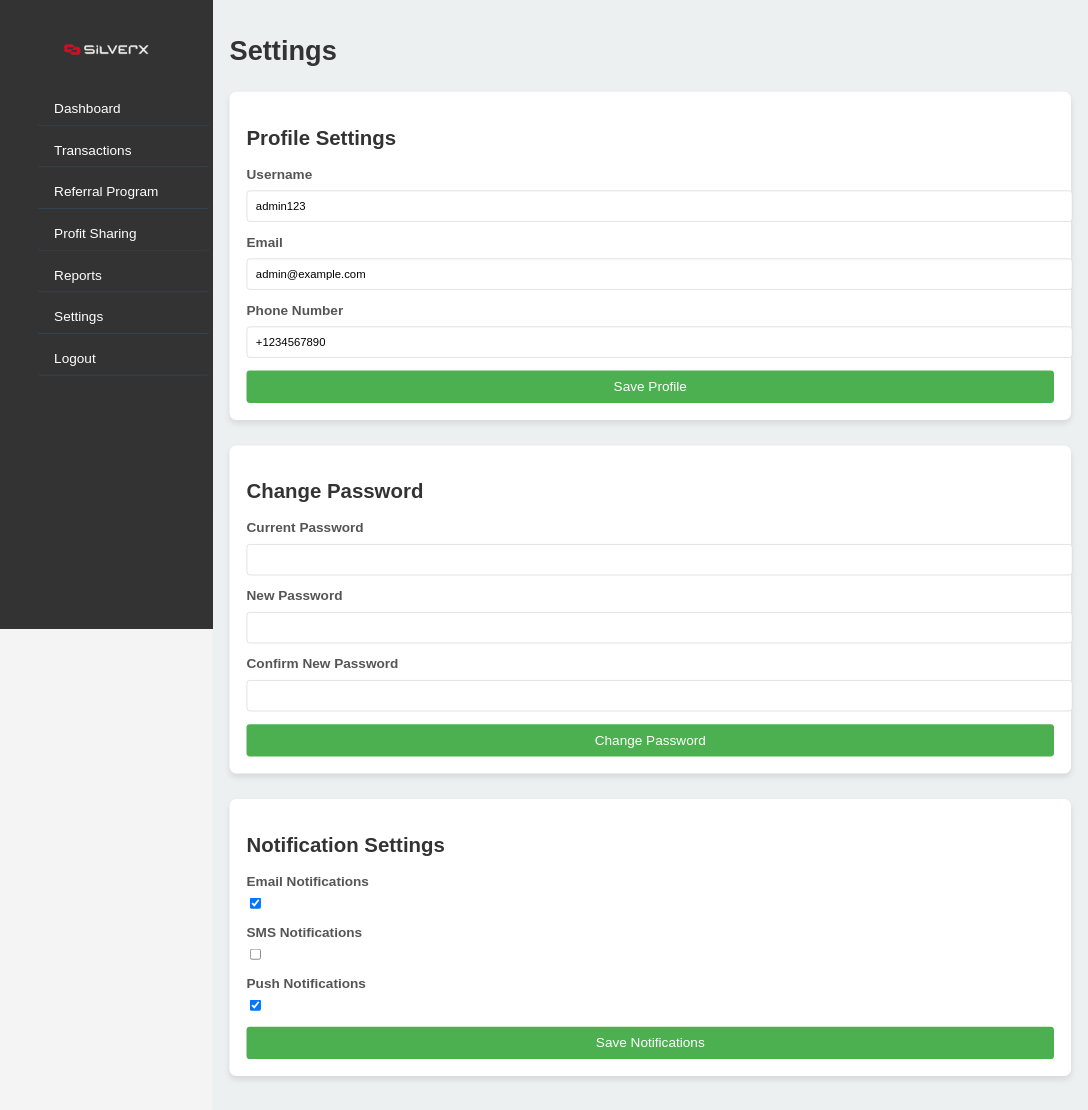
Repository: 2025silverx/slivedrX
Page: setting.html
These files come from the project's save history. The page is drawn as it stood at one moment and after the next save; the edit follows.
The browser window is 1280 px wide. The pictures show the whole page, at 85% of full size.

Above is the page before, as saved 2025-01-19 14:16:25.

### setting.html
<!DOCTYPE html>
<html lang="en">
<head>
    <meta charset="UTF-8">
    <meta name="viewport" content="width=device-width, initial-scale=1.0">
    <title>Admin Panel - Settings</title>
    <link rel="stylesheet" href="settings.css">
</head>
<body>
    <!-- Sidebar -->
    <div id="sidebar-container">
        <div class="sidebar">
            <img src="images/logo.png" alt="Sidebar Logo" class="sidebar-logo">
            <ul class="sidebar-links">
                <li><a href="index.html" class="sidebar-link" data-target="dashboard">Dashboard</a></li>
                <li><a href="index2.html" class="sidebar-link" data-target="transactions">Transactions</a></li>
                <li><a href="indesx3.html" class="sidebar-link" data-target="reports">Referral Program</a></li>
                <li><a href="index4.html" class="sidebar-link" data-target="users">Profit Sharing</a></li>
                <li><a href="index5.html" class="sidebar-link" data-target="reports">Reports</a></li>
                <li><a href="setting.html" class="sidebar-link" data-target="settings">Settings</a></li>
                <li><a href="index5.html" class="sidebar-link" data-target="logout">Logout</a></li>
            </ul>
        </div>
    </div>


    <!-- Main Content -->
    <div class="main-content">
        <h1>Settings</h1>

        <!-- Profile Settings Section -->
        <div class="settings-section">
            <h2>Profile Settings</h2>
            <form class="settings-form">
                <div class="form-group">
                    <label for="username">Username</label>
                    <input type="text" id="username" name="username" value="admin123" required>
                </div>
                <div class="form-group">
                    <label for="email">Email</label>
                    <input type="email" id="email" name="email" value="admin@example.com" required>
                </div>
                <div class="form-group">
                    <label for="phone">Phone Number</label>
                    <input type="text" id="phone" name="phone" value="+1234567890" required>
                </div>
                <button type="submit" class="btn">Save Profile</button>
            </form>
        </div>

        <!-- Change Password Section -->
        <div class="settings-section">
            <h2>Change Password</h2>
            <form class="settings-form">
                <div class="form-group">
                    <label for="current-password">Current Password</label>
                    <input type="password" id="current-password" name="current-password" required>
                </div>
                <div class="form-group">
                    <label for="new-password">New Password</label>
                    <input type="password" id="new-password" name="new-password" required>
                </div>
                <div class="form-group">
                    <label for="confirm-password">Confirm New Password</label>
                    <input type="password" id="confirm-password" name="confirm-password" required>
                </div>
                <button type="submit" class="btn">Change Password</button>
            </form>
        </div>

        <!-- Notification Settings Section -->
        <div class="settings-section">
            <h2>Notification Settings</h2>
            <form class="settings-form">
                <div class="form-group">
                    <label for="email-notifications">Email Notifications</label>
                    <input type="checkbox" id="email-notifications" name="email-notifications" checked>
                </div>
                <div class="form-group">
                    <label for="sms-notifications">SMS Notifications</label>
                    <input type="checkbox" id="sms-notifications" name="sms-notifications">
                </div>
                <div class="form-group">
                    <label for="push-notifications">Push Notifications</label>
                    <input type="checkbox" id="push-notifications" name="push-notifications" checked>
                </div>
                <button type="submit" class="btn">Save Notifications</button>
            </form>
        </div>
    </div>

    <script src="settings.js"></script>
</body>
</html>

### settings.css
body {
    font-family: Arial, sans-serif;
    margin: 0;
    padding: 0;
    display: flex;
}

#sidebar-container {
    width: 250px;
    background-color: #2c3e50;
    color: #ecf0f1;
    height: 100vh;
    position: fixed;
}

.sidebar {
    padding: 20px;
}

.sidebar-logo {
    max-width: 100%;
    margin-bottom: 20px;
}

.sidebar-links {
    list-style: none;
    padding: 0;
}

.sidebar-link {
    color: #ecf0f1;
    text-decoration: none;
    display: block;
    padding: 10px 0;
    border-bottom: 1px solid #34495e;
}

.sidebar-link:hover {
    background-color: #34495e;
}

.main-content {
    margin-left: 250px;
    padding: 20px;
    flex: 1;
    background-color: #ecf0f1;
    min-height: 100vh;
}

.settings-section {
    background: #ffffff;
    padding: 20px;
    border-radius: 8px;
    box-shadow: 0 4px 8px rgba(0, 0, 0, 0.1);
    margin-bottom: 20px;
}

.settings-section h2 {
    margin-bottom: 20px;
}

.form-group {
    margin-bottom: 15px;
}

.form-group label {
    display: block;
    margin-bottom: 5px;
    font-weight: bold;
}

.form-group input {
    width: 100%;
    padding: 10px;
    border: 1px solid #ddd;
    border-radius: 4px;
}

.form-group input[type="checkbox"] {
    width: auto;
}

.form-group input:focus {
    border-color: #3498db;
    outline: none;
}

.btn {
    padding: 10px 15px;
    background: #3498db;
    color: white;
    border: none;
    border-radius: 4px;
    cursor: pointer;
    font-size: 16px;
}

.btn:hover {
    background: #2980b9;
}
/* General Styles */
body {
    font-family: Arial, sans-serif;
    background-color: #f4f4f4;
    margin: 0;
    padding: 0;
}

.main-content {
    margin-left: 250px; /* Sidebar width */
    padding: 20px;
}

h1, h2 {
    color: #333;
}

/* Sidebar Styles */
#sidebar-container {
    position: fixed;
    width: 250px;
    height: 100%;
    background-color: #333;
    color: white;
    padding-top: 20px;
}

.sidebar {
    display: flex;
    flex-direction: column;
    align-items: center;
}

.sidebar-logo {
    width: 100px;
    margin-bottom: 20px;
}

.sidebar-links {
    list-style: none;
    padding: 0;
}

.sidebar-link {
    text-decoration: none;
    color: white;
    padding: 10px 20px;
    display: block;
    width: 100%;
    margin-bottom: 10px;
    border-radius: 4px;
    transition: background-color 0.3s;
}

.sidebar-link:hover {
    background-color: #575757;
}

/* Form and Table Styles */
.settings-section {
    margin-top: 30px;
    background-color: white;
    padding: 20px;
    border-radius: 8px;
    box-shadow: 0 4px 8px rgba(0, 0, 0, 0.1);
}

.settings-form {
    display: flex;
    flex-direction: column;
}

.form-group {
    margin-bottom: 15px;
}

label {
    font-weight: bold;
    color: #555;
}

input[type="text"],
input[type="email"],
input[type="password"] {
    width: 100%;
    padding: 10px;
    margin-top: 5px;
    border-radius: 4px;
    border: 1px solid #ddd;
}

input[type="checkbox"] {
    margin-top: 5px;
}

button.btn {
    padding: 10px 20px;
    background-color: #4CAF50;
    color: white;
    border: none;
    border-radius: 4px;
    cursor: pointer;
    transition: background-color 0.3s;
}

button.btn:hover {
    background-color: #45a049;
}

/* Commission Table Styles */
.commission-table {
    width: 100%;
    border-collapse: collapse;
    margin-top: 20px;
}

.commission-table th,
.commission-table td {
    padding: 10px;
    text-align: left;
    border-bottom: 1px solid #ddd;
}

.commission-table th {
    background-color: #f4f4f4;
    color: #333;
}

.commission-table td {
    background-color: #fff;
    color: #555;
}

.commission-table tr:hover {
    background-color: #f1f1f1;
}

### settings.js
// This script handles form submission and any additional interactivity (if needed).
document.querySelectorAll('.settings-form').forEach(form => {
    form.addEventListener('submit', function(event) {
        event.preventDefault();
        alert('Settings saved successfully!');
    });
});

After the next save:
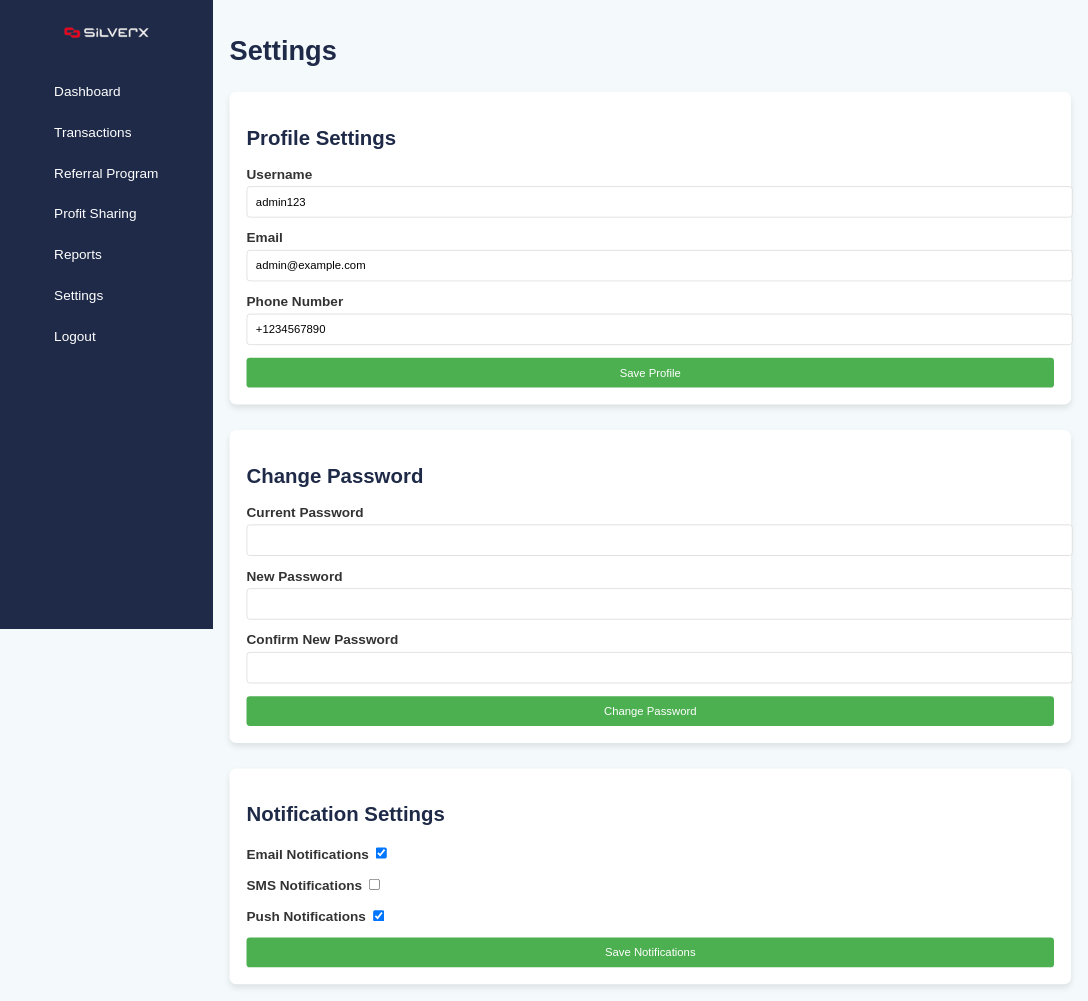
Saved 71 s later.
--- a/settings.css
+++ b/settings.css
@@ -1,107 +1,7 @@
-body {
-    font-family: Arial, sans-serif;
-    margin: 0;
-    padding: 0;
-    display: flex;
-}
-
-#sidebar-container {
-    width: 250px;
-    background-color: #2c3e50;
-    color: #ecf0f1;
-    height: 100vh;
-    position: fixed;
-}
-
-.sidebar {
-    padding: 20px;
-}
-
-.sidebar-logo {
-    max-width: 100%;
-    margin-bottom: 20px;
-}
-
-.sidebar-links {
-    list-style: none;
-    padding: 0;
-}
-
-.sidebar-link {
-    color: #ecf0f1;
-    text-decoration: none;
-    display: block;
-    padding: 10px 0;
-    border-bottom: 1px solid #34495e;
-}
-
-.sidebar-link:hover {
-    background-color: #34495e;
-}
-
-.main-content {
-    margin-left: 250px;
-    padding: 20px;
-    flex: 1;
-    background-color: #ecf0f1;
-    min-height: 100vh;
-}
-
-.settings-section {
-    background: #ffffff;
-    padding: 20px;
-    border-radius: 8px;
-    box-shadow: 0 4px 8px rgba(0, 0, 0, 0.1);
-    margin-bottom: 20px;
-}
-
-.settings-section h2 {
-    margin-bottom: 20px;
-}
-
-.form-group {
-    margin-bottom: 15px;
-}
-
-.form-group label {
-    display: block;
-    margin-bottom: 5px;
-    font-weight: bold;
-}
-
-.form-group input {
-    width: 100%;
-    padding: 10px;
-    border: 1px solid #ddd;
-    border-radius: 4px;
-}
-
-.form-group input[type="checkbox"] {
-    width: auto;
-}
-
-.form-group input:focus {
-    border-color: #3498db;
-    outline: none;
-}
-
-.btn {
-    padding: 10px 15px;
-    background: #3498db;
-    color: white;
-    border: none;
-    border-radius: 4px;
-    cursor: pointer;
-    font-size: 16px;
-}
-
-.btn:hover {
-    background: #2980b9;
-}
 /* General Styles */
 body {
     font-family: Arial, sans-serif;
-    background-color: #f4f4f4;
+    background-color: #f4f9fc; /* Light blue background */
     margin: 0;
     padding: 0;
 }
@@ -112,7 +12,7 @@ body {
 }
 
 h1, h2 {
-    color: #333;
+    color: #1E2A47; /* Dark blue for headers */
 }
 
 /* Sidebar Styles */
@@ -120,7 +20,7 @@ h1, h2 {
     position: fixed;
     width: 250px;
     height: 100%;
-    background-color: #333;
+    background-color: #1E2A47; /* Bluish background */
     color: white;
     padding-top: 20px;
 }
@@ -153,7 +53,7 @@ h1, h2 {
 }
 
 .sidebar-link:hover {
-    background-color: #575757;
+    background-color: #3C4A78; /* Lighter bluish hover effect */
 }
 
 /* Form and Table Styles */
@@ -176,7 +76,7 @@ h1, h2 {
 
 label {
     font-weight: bold;
-    color: #555;
+    color: #333;
 }
 
 input[type="text"],
@@ -195,7 +95,7 @@ input[type="checkbox"] {
 
 button.btn {
     padding: 10px 20px;
-    background-color: #4CAF50;
+    background-color: #4CAF50; /* Green for buttons */
     color: white;
     border: none;
     border-radius: 4px;
@@ -222,8 +122,8 @@ button.btn:hover {
 }
 
 .commission-table th {
-    background-color: #f4f4f4;
-    color: #333;
+    background-color: #E4F1FE; /* Light blue background for header */
+    color: #1E2A47; /* Dark blue for text */
 }
 
 .commission-table td {
@@ -232,5 +132,22 @@ button.btn:hover {
 }
 
 .commission-table tr:hover {
-    background-color: #f1f1f1;
+    background-color: #f1f9fc; /* Light hover effect */
 }
+
+/* Percentage Label Colors */
+.commission-table td span {
+    font-weight: bold;
+}
+
+.commission-table td span.low {
+    color: #FF5722; /* Red for lower percentages */
+}
+
+.commission-table td span.medium {
+    color: #FFC107; /* Amber for medium percentages */
+}
+
+.commission-table td span.high {
+    color: #4CAF50; /* Green for higher percentages */
+}
